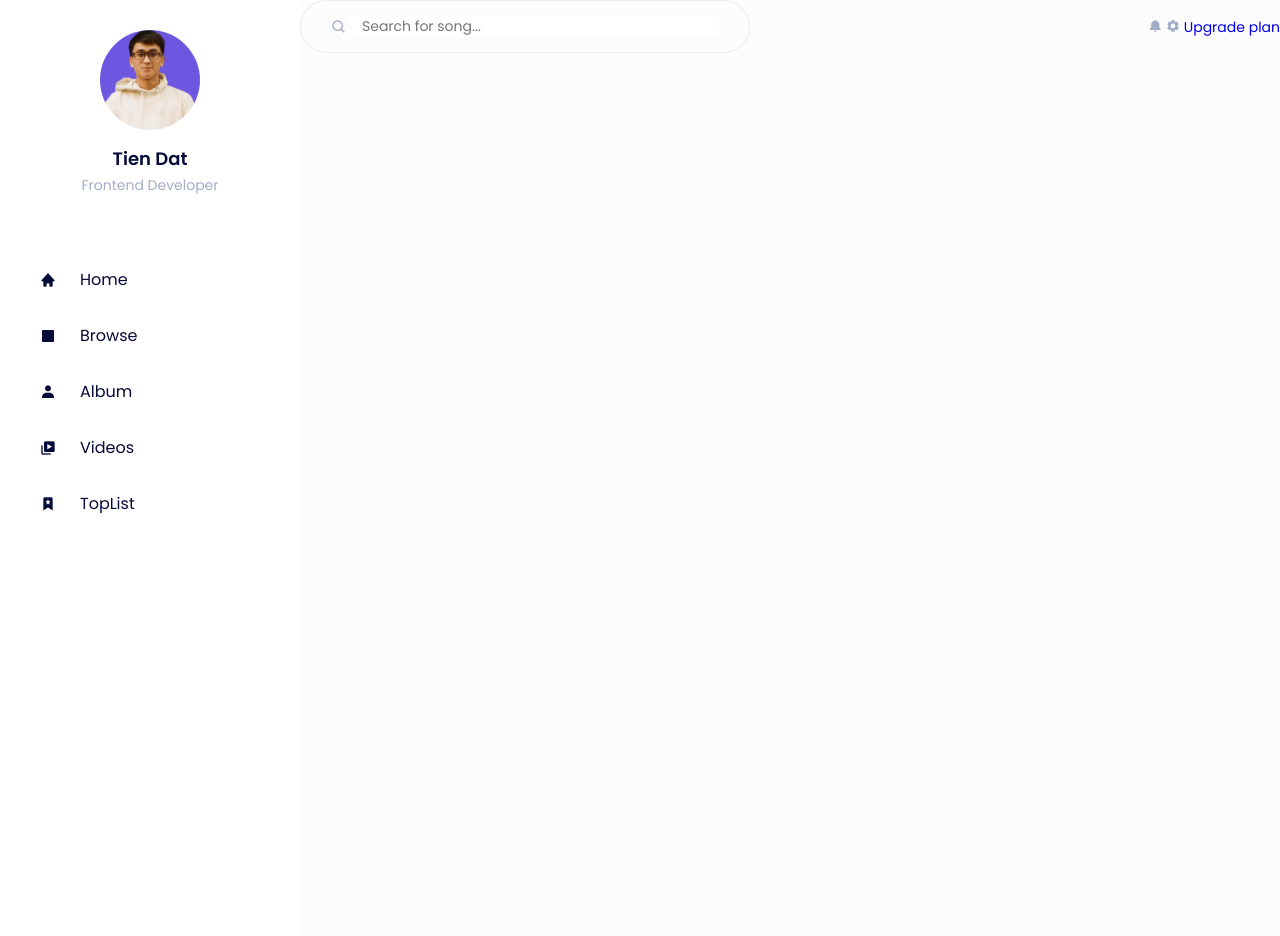
Repository: Datt21/music-webapp
Page: index.html
The author's editor kept a copy of each file at every save. The page is drawn from the files as they stood at one save, then again after the next save.
The browser window is 1280 px wide. The pictures show the whole page.
The style sheet was rebuilt from its Sass, Less or Tailwind sources for each picture, by a compiler version that may differ from the author's.

Above is the page before, as saved 2021-09-05 05:19:53.

### index.html
<!DOCTYPE html>
<html lang="en">
<head>
    <meta charset="UTF-8">
    <meta http-equiv="X-UA-Compatible" content="IE=edge">
    <meta name="viewport" content="width=device-width, initial-scale=1.0">
    <title>Music App</title>
    <!--------------- Icon ------------------->
    <link href='https://unpkg.com/boxicons@2.0.9/css/boxicons.min.css' rel='stylesheet'>

    <!-------------- Fonts ------------------>
    <link rel="preconnect" href="https://fonts.gstatic.com" />
    <link
      href="https://fonts.googleapis.com/css2?family=Poppins:wght@300;400;600;700&display=swap"
      rel="stylesheet"
    />

    <!--------------- Css -------------------->
    <link rel="stylesheet" href="./app.css">

</head>
<body>
    <div class="wrapper">
        <div class="sidebar">
            <div class="profile">
                <img src="./images/img-me.jpg" alt="" class="profile-avatar">
                <h3 class="profile-name">Tien Dat</h3>
                <span class="profile-position">Frontend Developer</span>
            </div>

            <ul class="menu">
                <li class="menu-item">
                    <a href="#" class="menu-link">
                        <i class='bx bxs-home menu-icon'></i><span>Home</span>
                    </a>
                </li>
                <li class="menu-item">
                    <a href="#" class="menu-link">
                        <i class='bx bxs-square menu-icon'></i><span>Browse</span>
                    </a>
                </li>
                <li class="menu-item">
                    <a href="#" class="menu-link">
                        <i class='bx bxs-user menu-icon'></i><span>Album</span>
                    </a>
                </li>
                <li class="menu-item">
                    <a href="#" class="menu-link">
                        <i class='bx bxs-videos menu-icon'></i><span>Videos</span>
                    </a>
                </li>
                <li class="menu-item">
                    <a href="#" class="menu-link">
                        <i class='bx bxs-bookmark-star menu-icon'></i><span>TopList</span>
                    </a>
                </li>
            </ul>
        </div>
        <!------ main ------>
        <div class="main">
            <div class="header">
                <div class="search">
                    <i class='bx bx-search search-icon'></i>
                    <input type="text" inputmode="search"
                    placeholder="Search for song..."
                    class="search-input"/>
                </div>
                <div class="tool">
                    <i class='bx bxs-bell tool-icon'></i>
                    <i class='bx bxs-cog tool-icon' ></i>
                    <a href="#" class="upgrade">Upgrade plan</a>
                </div>
            </div>
        </div>
        <!------ end main ------>
    </div>


    <!--========= JS =======-->
    <script src="./app.js"></script>
</body>
</html>

### app.scss
$gray: #050938;
$gray-light: #a4adc8;
$primary: #2b48d9;
$orange: #fb612c;
$red: #fc2872;

html {
    box-sizing: border-box;
}

* {
    margin: 0;
    padding: 0;
}

*,
*:before,
*:after {
    box-sizing: border-box;
}

input,
textarea,
select,
button {
    outline: none;
    font-family: "Poppins", sans-serif;
    font-size: 14px;
    line-height: normal;
}

label,
button {
    cursor: pointer;
}

a {
    text-decoration: none;
}

img {
    display: block;
    max-width: 100%;
}

ul {
    list-style: none;
}

body {
    font-family: "Poppins", sans-serif;
    font-size: 14px;
    line-height: 1;
    background-color: white;
    color: $gray-light;
    -webkit-font-smoothing: antialiased;
    -moz-osx-font-smoothing: grayscale;
    max-width: 1920px;
    margin: 0 auto;
}

.wrapper {
    display: grid;
    grid-template-columns: 300px 1fr;
    grid-gap: 0;
    background-color: #fcfcfc;
    min-height: 130vh;
}

.sidebar {
    padding: 30px;
    background-color: white;
}

.profile {
    text-align: center;
    margin-bottom: 70px;
    &-avatar {
        width: 100px;
        height: 100px;
        border-radius: 100rem;
        object-fit: cover;
        margin: 0 auto 20px;
        box-shadow: rgba(100, 100, 111, 0.2);
    }
    &-name {
        font-weight: 600;
        font-size: 18px;
        color: $gray;
        margin-bottom: 10px;
    }
}

.menu {
    &-item {
        margin-bottom: 20px;
    }
    &-link {
        display: flex;
        align-items: center;
        padding: 10px;
        color: $gray;
        font-size: 16px;
    }
    &-link:hover {
        color: $primary;
    }
    &-icon {
        width: 25px;
        margin-right: 15px;
    }
}

.header {
    display: flex;
    justify-content: space-between;
    align-items: center;
    margin-bottom: 40px;
}

.search {
    padding: 15px 30px;
    border: 1px solid #e9ebf2;
    border-radius: 100px;
    display: flex;
    align-items: center;
    width: 100%;
    max-width: 450px;
    &-icon {
        flex: 1;
        font-size: 16px;
    }
    &-input {
        border: 0;
        outline: none;
        width: 100%;
        padding: 0 15px;
    }
}

Loaded but not shown: app.js (no copy from this time; the picture is the same without it)

After the next save:
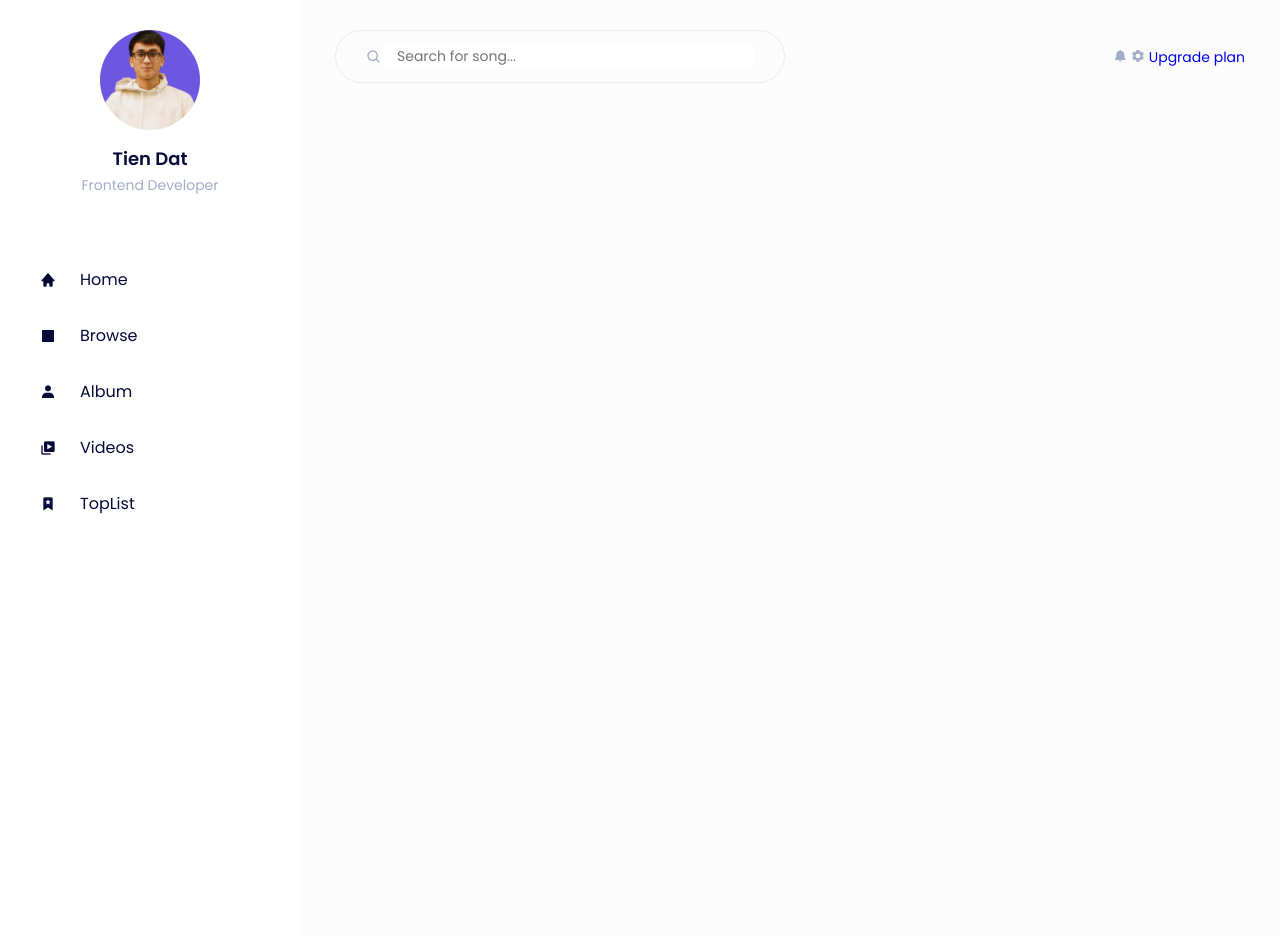
Saved 74 s later.
--- a/app.scss
+++ b/app.scss
@@ -111,6 +111,10 @@
     }
 }
 
+.main {
+    padding: 30px 35px 0;
+}
+
 .header {
     display: flex;
     justify-content: space-between;
